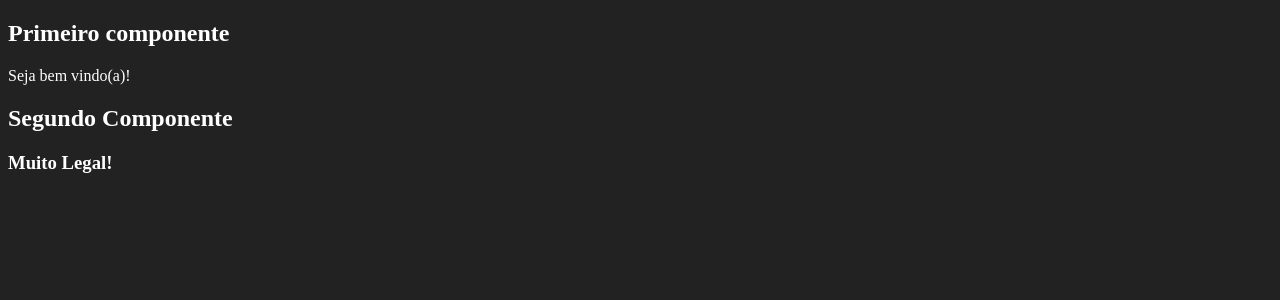
Repository: jean-siqueira/fundamentos-react
Page: /
The author's editor kept a copy of each file at every save. The page is drawn from the files as they stood at one save, then again after the next save.
The browser window is 1280 px wide. The pictures show the whole page.
The project was rebuilt for these pictures with package versions that can differ from the ones it lists, and the page was loaded fresh each time.

Above is the page before, as saved 2023-03-04 11:10:53.

### src/index.js
import './index.css'
import ReactDOM from 'react-dom'
import React from 'react'

import Primeiro from './components/basicos/Primeiro'
import ComParametro from './components/basicos/ComParametro'

const tag = <strong>Olá React</strong>


ReactDOM.render(
    <div>
        <Primeiro></Primeiro>
        <ComParametro
            titulo="Segundo Componente"
            subtitulo="Muito Legal!"/>
    </div>,
    document.getElementById('root'))

### src/components/basicos/Primeiro.js

import React from "react"

export default function Primeiro() {

    const msg = 'Seja bem vindo(a)!'

    return (
        <div>
            <h2>Primeiro componente</h2>
            <p>  {msg} </p>
        </div>
    )

}

### src/components/basicos/ComParametro.jsx
import React from "react"

export default function ComParametro(props) {
    console.log(props)
    return (
        <div>
            <h2>{ props.titulo }</h2>
            <h3>{ props.subtitulo }</h3>
        </div>
    )
}

Loaded but not shown: public/index.html (common file); src/index.css (common file)

After the next save:
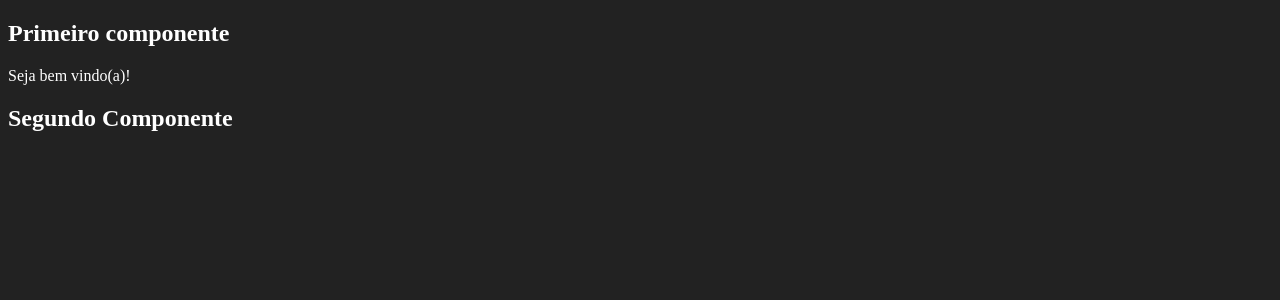
Saved 3 min 5 s later.
--- a/src/index.js
+++ b/src/index.js
@@ -13,6 +13,6 @@ ReactDOM.render(
         <Primeiro></Primeiro>
         <ComParametro
             titulo="Segundo Componente"
-            subtitulo="Muito Legal!"/>
+            aluno="Muito Legal!"/>
     </div>,
     document.getElementById('root'))
